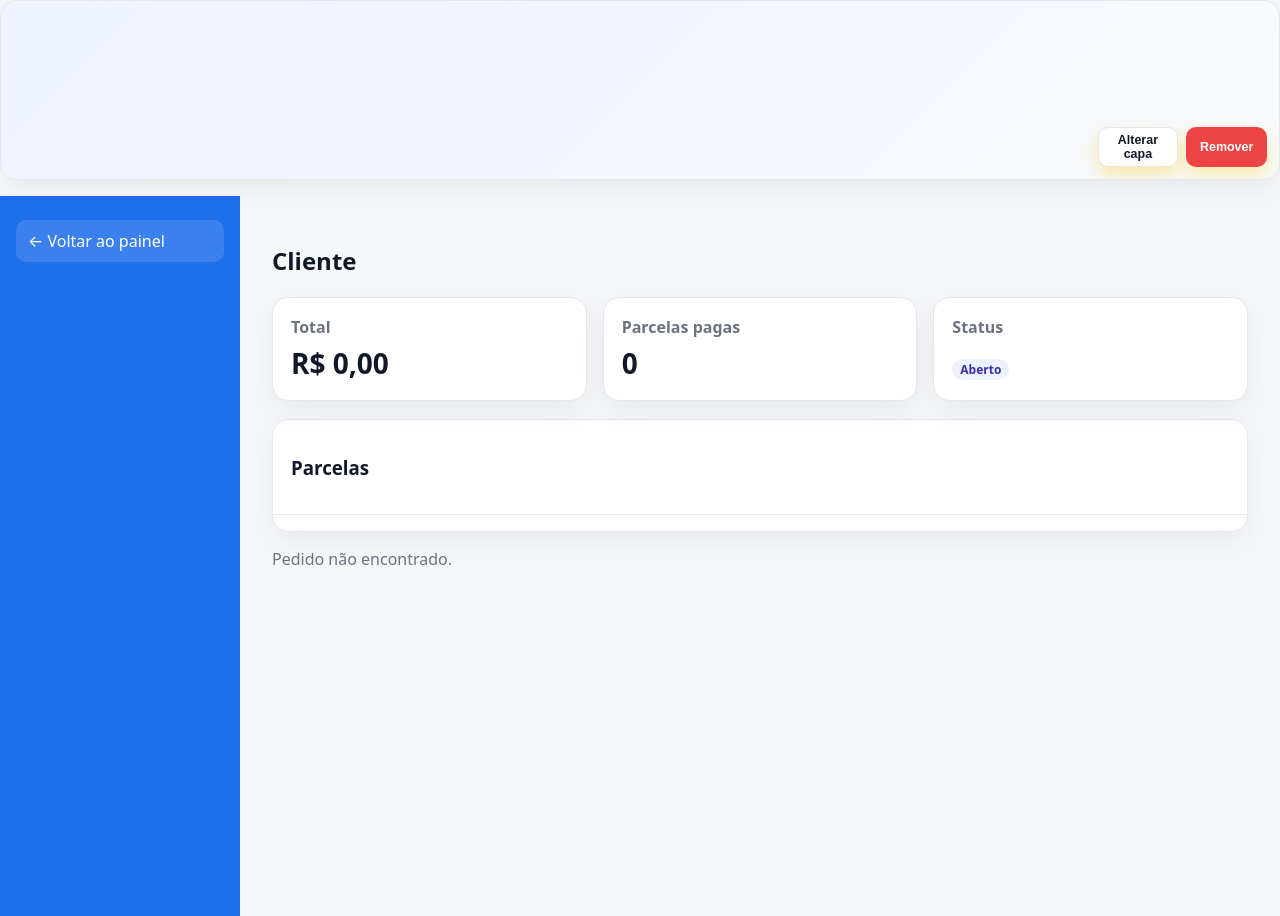
Repository: Rob-son-prog/NegocioSistema
Page: portal.html
The author's editor kept a copy of each file at every save. The page is drawn from the files as they stood at one save, then again after the next save.
The browser window is 1280 px wide. The pictures show the whole page.

Above is the page before, as saved 2025-08-27 08:49:15.

After the next save:
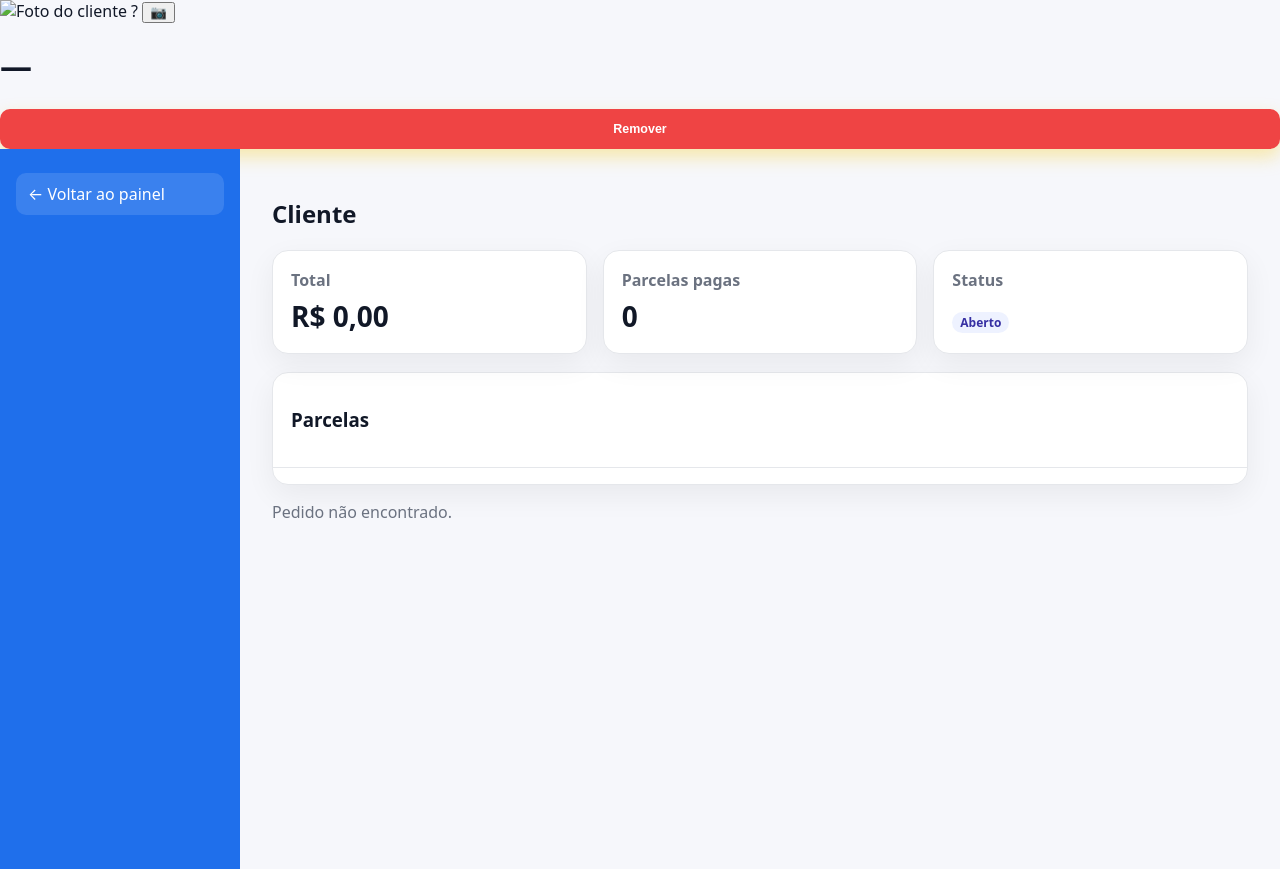
Saved 12 min 34 s later.
--- a/portal.html
+++ b/portal.html
@@ -10,14 +10,26 @@
 <body class="dashboard">
 
   <!-- Capa do cliente -->
-<div class="cover-wrap">
-  <img id="coverImg" alt="Capa do cliente" />
-  <div class="cover-actions">
-    <input type="file" id="coverInput" accept="image/*" hidden />
-    <button class="btn sm" id="btnChangeCover">Alterar capa</button>
-    <button class="btn sm danger" id="btnRemoveCover">Remover</button>
+<!-- PROFILE BAR (avatar redondo) -->
+<div class="profile-bar">
+  <div class="avatar" id="avatar">
+    <img id="avatarImg" alt="Foto do cliente">
+    <span id="avatarInitials">?</span>
+
+    <input type="file" id="avatarInput" accept="image/*" hidden>
+    <button class="avatar-btn" id="avatarBtn" type="button" title="Alterar foto">📷</button>
+  </div>
+
+  <div class="who">
+    <h1 id="clientName">—</h1>
+    <div class="muted" id="clientSub"></div>
+  </div>
+
+  <div class="avatar-actions">
+    <button class="btn sm danger" id="avatarRemove">Remover</button>
   </div>
 </div>
+
 
   <div class="layout">
     <aside class="sidebar">
